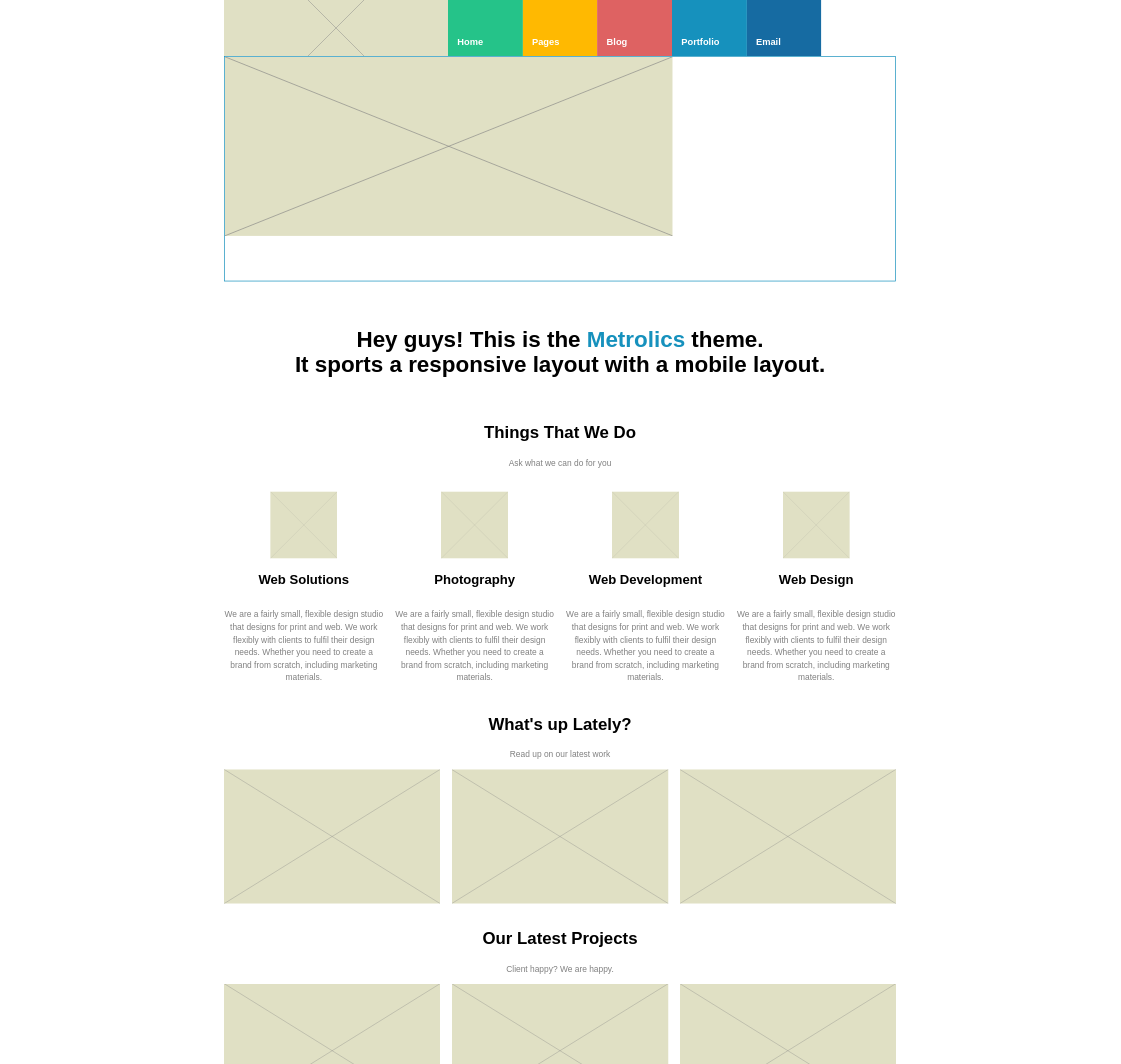
Repository: pjiang604/mdia2003-lab03b
Page: index.html
These files come from the project's save history. The page is drawn as it stood at one moment and after the next save; the edit follows.
The browser window is 1280 px wide. The page is 1280 px wide, then 1601 px, so the pictures cover 1601 px, including what lies to the right of the window. The pictures show the part of the page from y = 0 to 1520 px (the page is 2722 px tall), at 70% of full size.

Above is the page before, as saved 2023-01-31 20:43:35.

After the next save:
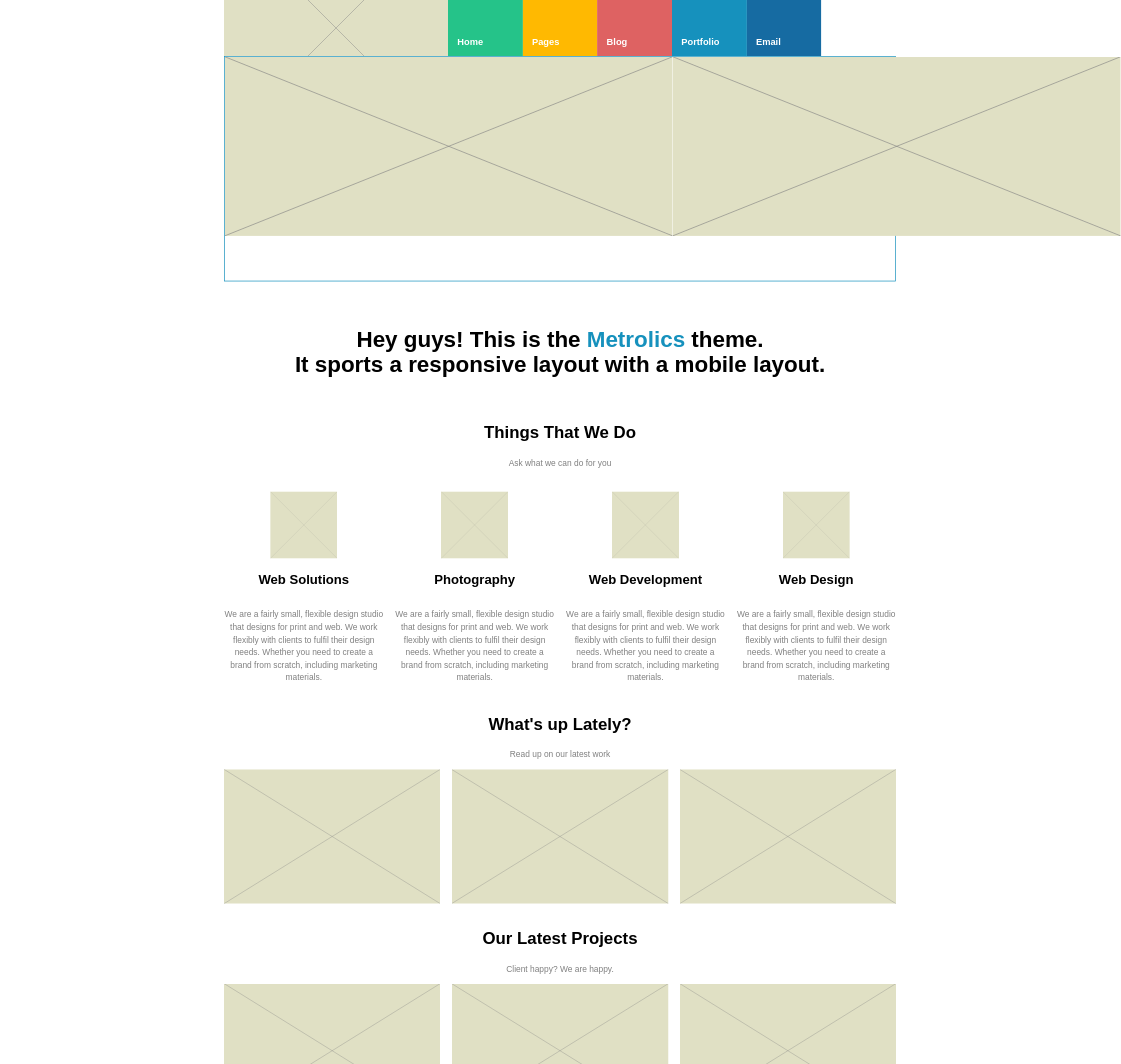
Saved 23 s later.
--- a/index.html
+++ b/index.html
@@ -51,6 +51,9 @@
         <div class="carouselSlides">
             <img class="carouselPicture" src="img/placeholder.svg">
         </div>
+        <div class="carouselSlides">
+            <img class="carouselPicture" src="img/placeholder.svg">
+        </div>
     </div>
 
     <main>
